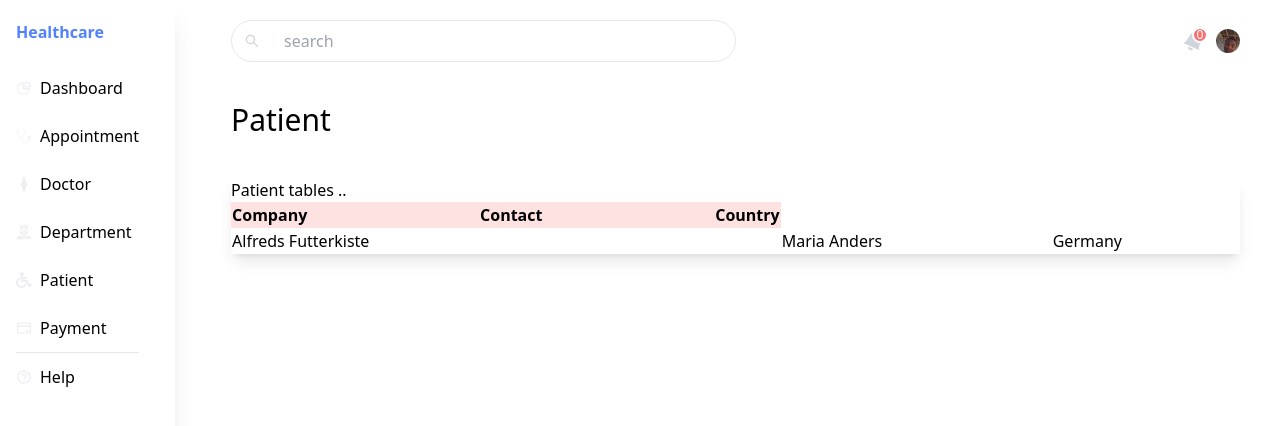
Repository: hisreal123/healthcare-dashboard
Page: /patient
The author's editor kept a copy of each file at every save. The page is drawn from the files as they stood at one save, then again after the next save.
The browser window is 1280 px wide. The pictures show the whole page.
The project was rebuilt for these pictures with package versions that can differ from the ones it lists, and the page was loaded fresh each time. Also part of the build but not shown: vite.config.ts, src/routes/Error.tsx, src/views/Dashboard.tsx, components/tables/AppointementTable.tsx, src/views/Appointment.tsx, src/views/Doctor.tsx, src/views/Department.tsx, src/views/Payment.tsx and 1 more.

Above is the page before, as saved 2023-05-05 19:03:00.

### src/main.tsx
import React from 'react'
import ReactDOM from 'react-dom/client'
import App from './App.tsx'
import './index.css'


ReactDOM.createRoot(document.getElementById('root') as HTMLElement).render(
  <React.StrictMode>
    <App />
  </React.StrictMode>,
)

### src/App.tsx
import React from "react"
import {
  createBrowserRouter,
  RouterProvider,
} from "react-router-dom";
import Navigation from "../components/Navigation";
import Error from "./routes/Error";
import Dashboard from "./views/Dashboard";
import Appointment from "./views/Appointment";
import Doctor from "./views/Doctor";
import Department from "./views/Department";
import Patient from "./views/Patient";
import Payment from "./views/Payment";
import Help from "./views/Help";
import { Provider } from "react-redux";
import store from '../redux/store';

const router = createBrowserRouter([
  {
    path: "/",
    element: <Navigation />,
    errorElement: <Error />,

    children: [
      {
        path: "/dashboard",
        element: <Dashboard />,
      },
      {
        path: "/appointment",
        element: <Appointment />,
      },
      {
        path: "/doctor",
        element: <Doctor />,
      },
      {
        path: "/department",
        element: <Department />,
      },
      {
        path: "/patient",
        element: <Patient />,
      },
      {
        path: "/payment",
        element: <Payment />,
      },
      {
        path: "/help",
        element: <Help />,
      },
    ]

  }
]);



function App() {
  return (
    <Provider store={store}>
      <RouterProvider router={router} />
    </Provider>
  )
}

export default App

### components/Navigation.tsx
import { Outlet } from "react-router-dom";
import { list } from "../src/data/Links";

export default function Navigation() {

    return (
        <>
            <section className="flex space-x-4">
                <div id="sidebar" className="  h-screen shadow-xl group">
                    <div className="px-4 ">

                        {/* logo */}
                        <div >
                            <h1 className="py-5 text-[#5282FB] font-bold">Healthcare</h1>
                        </div>

                        {/* nav */}
                        <nav className="relative pr-5 ">
                            <ul className="relative">
                                {list.map((list, index) => {
                                    return (
                                        <li key={index} className="flex space-x-2 items-center py-3 last:border-t ">
                                            <span className="text-gray-200/70 text-md ">{list.icon}</span>
                                            <a href={`./${list.link}`} className="focus:text-[#5282FB] ">{list.name}</a>
                                        </li>
                                    )
                                })}
                            </ul>
                        </nav>
                    </div>
                </div>
                <div id="detail" className="relative w-full"><Outlet /></div>
            </section>
        </>
    );
}

### src/views/Patient.tsx
import React from 'react'
import ProfileHeader from '../../components/holders/ProfileHeader'
import PatientTable from '../../components/tables/PatientsTable'


export default function Patient() {
    return (
        <>
            <section
                className=" px-10 pt-5 w-full relative">
                <ProfileHeader />

                <main className="div mt-10">
                    <h1 className='lg:text-3xl'> Patient</h1>
                    <PatientTable />
                </main>
            </section>
        </>
    )
}

### redux/store.js
import { configureStore } from "@reduxjs/toolkit";
import AppointmentReducer from "./slices/Appointment";
import patientsReducer from "./slices/Patient";



const store = configureStore({
    reducer : {
        appointments:  AppointmentReducer,
        patients:  patientsReducer,
    }
})


export default store

### src/data/Links.tsx
import { Home, BarChart2 } from 'react-feather';
import { GiStethoscope, GiPerson, GiNurseMale } from 'react-icons/gi'
import { FaWheelchair } from 'react-icons/fa'
import { AiOutlineCreditCard, AiOutlinePieChart } from 'react-icons/ai'
import { BiHelpCircle } from 'react-icons/bi'


type Class  = {
    id: number,
    icon: any,
    name:  string,
    link: string
}


export const list: Class[]= [
    {
        id: 1,
        icon: <AiOutlinePieChart />,
        name: 'Dashboard',
        link: './dashboard',
    },
    {
        id: 2,
        icon: <GiStethoscope />,
        name: 'Appointment',
        link: './Appointment',
    },
    {
        id: 3,
        icon: <GiPerson />,
        name: 'Doctor',
        link: './doctor',
    },
    {
        id: 4,
        icon: <GiNurseMale />,
        name: 'Department',
        link: './department',
    },
    {
        id: 5,
        icon: <FaWheelchair />,
        name: 'Patient',
        link: './patient',
    },
    {
        id: 6,
        icon: <AiOutlineCreditCard />,
        name: 'Payment',
        link: './payment',
    },
    {
        id: 7,
        icon: <BiHelpCircle />,
        name: 'Help',
        link: './help',
    },
]

### components/holders/ProfileHeader.tsx
import React from 'react'
import SearchBar from '../Misc/SearchBar'
import { BsFillBellFill } from 'react-icons/bs'



type ImageWrapperProp = {
    ImageWrapperStyle?: string
}
export const ImageWrapper = ({ ImageWrapperStyle }: ImageWrapperProp) => {
    return (
        <>
            <div className={` ${ImageWrapperStyle} cursor-pointer h-6 w-6 overflow-hidden rounded-full bg-black hover:h-6 hover:w-6`}>
                <img src='./profile.jpg' alt="" className='object-center ' />
            </div>
        </>
    )
}


export default function ProfileHeader() {

    const count = 0
    return (
        <>
            <section className='flex items-center justify-between relative w-full'>

                <SearchBar />

                <div className="right flex  items-center space-x-3">

                    <span className='relative group'>
                        <BsFillBellFill className=" cursor-pointer text-xl text-gray-300 rotate-[25deg] group-hover:text-gray-400" />
                        <span className=" cursor-pointer absolute -top-1 -right-1 text-xs text-white border-2 border-white  bg-red-400  group-hover:bg-red-600 rounded-full h-4 w-4  flex items-center  justify-center">
                            {count}
                        </span>
                    </span>


                    <ImageWrapper ImageWrapperStyle='' />
                </div>
            </section>
        </>
    )
}

### components/tables/PatientsTable.tsx
import React, { Fragment } from 'react'
import { useSelector } from 'react-redux'
import { selectAllPatient } from '../../redux/slices/Patient'
import { ImageWrapper } from '../holders/ProfileHeader'


type PatientTableProps = {
    patientStyle?: string
}


export default function PatientTable({ patientStyle }: PatientTableProps) {

    const patients: any = useSelector(selectAllPatient);
    console.log(patients)


    const PatientList = patients.map((patient: any, index: number) => {
        return (
            <>
                <tr key={index}>
                    <td className='flex item-center space-x-2'>
                        <ImageWrapper />
                        <span>
                            {patient.name}
                        </span>
                    </td>
                    <td>{patient.email}</td>
                    <td>{patient.age}</td>
                    <td>{patient.gender}</td>
                </tr>
            </>
        )
    })



    const PTable = () => {
        return (
            <>
                <table className="relative w-full ">
                    <tr className='w-full bg-red-100 flex relative justify-between'>
                        <th>Company</th>
                        <th>Contact</th>
                        <th>Country</th>
                    </tr>
                    <tr>
                        <td>Alfreds Futterkiste</td>
                        <td>Maria Anders</td>
                        <td>Germany</td>
                    </tr>

                </table>
            </>
        )
    }


    return (
        <>
            <section className={`${patientStyle} mt-10 bg-white shadow-lg relative`}>
                <h1> Patient tables ..</h1>
                <PTable />
            </section>
        </>
    )
}

### redux/slices/Appointment.js
import { createSlice } from "@reduxjs/toolkit";
import { sub } from "date-fns";

// const GENDER =  'M' || 'F',

// const userType = {
//     id: String,
//     name: String,
//     gender: String,
//     age: Number,
//     email:String
// }


const initialState = [

]



const appointmentsSlice = createSlice({
    name: 'appointments',
    initialState,
    reducers : {
        createAppointment (state, action ){
            state.push(action.payload)
        }
    }
})


export const createAppointment = appointmentsSlice.actions
export default appointmentsSlice.reducer

### redux/slices/Patient.js
import { createSlice } from "@reduxjs/toolkit";

const initialState = [
    {
        id:'1',
        image: '../profile.jpg',
        name: 'Lexis Alexandra',
        gender: 'M',
        age: 34,
        email: 'alex@gmail.com'
    },
    {
        id:'2',
        image: '../profile.jpg',
        name: 'Ronald Richard',
        gender: 'F',
        age: 40,
        email: 'Ronald@outlook.com'
    },
];

const patientsSlice = createSlice({
    name: 'patients',
    initialState,
    reducers: {
        addPatient(state, action) {
            state.push(action.payload);
        },
    },
});

export const selectAllPatient = (state) => state.patients;
export const { addPatient } = patientsSlice.actions;
export default patientsSlice.reducer;

### components/Misc/SearchBar.tsx
import React from 'react'
import { AiOutlineSearch } from 'react-icons/ai'

type SearchProps = {
    SearchStyle?: string
}

export default function SearchBar({ SearchStyle }: SearchProps) {
    const [name, setName] = React.useState('');



    const handleSearchClicked = (e: any) => {
        setName(e.target.value)
        console.log(name)
    }

    const handleFormSearch = (e: any) => {
        e.preventDefault()
        console.log(name)

        setName('')
    }
    return (
        <>
            <div className="search flex rounded-3xl overflow-hidden border items-center  w-1/2 ">
                <form className='flex items-center' onSubmit={handleFormSearch}>
                    <span className='px-3 relative'>
                        <AiOutlineSearch className="text-gray-300" onClick={handleSearchClicked} />
                    </span>
                    <input
                        type="text"
                        placeholder='search'
                        className={`${SearchStyle}  outline-none w-full py-2 pl-3 `}
                        aria-expanded
                        value={name}
                        onChange={handleSearchClicked}
                    />
                </form>
            </div>
        </>
    )
}

### tailwind.config.js
/** @type {import('tailwindcss').Config} */
export default {
   content: [
    "./index.html",
    "./src/**/*.{js,ts,jsx,tsx}",
    "./components/**/*.{js,ts,jsx,tsx}",
  ],
  theme: {
    extend: {},
  },
  plugins: [],
}

Loaded but not shown: index.html (common file); src/index.css (common file)

After the next save:
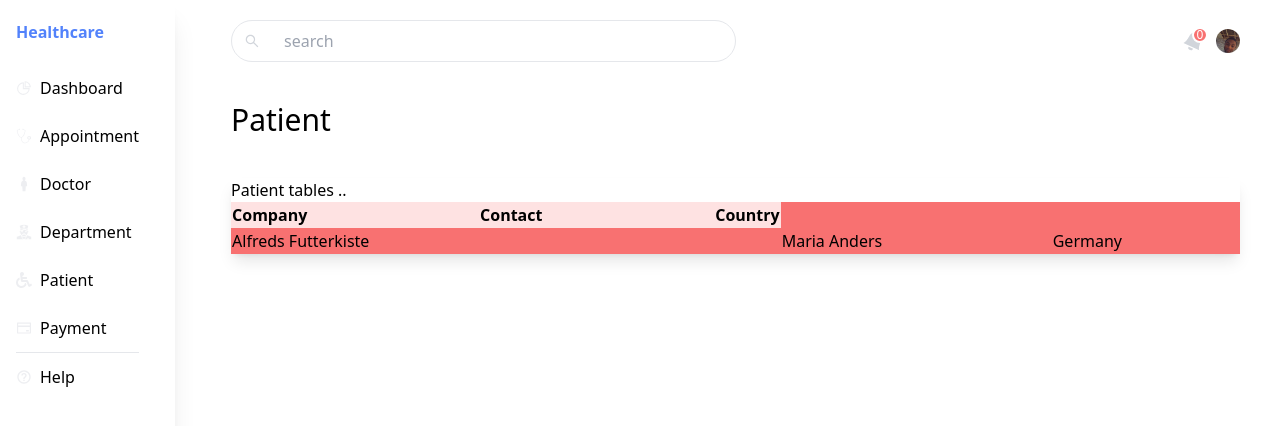
Saved 12 s later.
--- a/components/tables/PatientsTable.tsx
+++ b/components/tables/PatientsTable.tsx
@@ -38,7 +38,7 @@ export default function PatientTable({ patientStyle }: PatientTableProps) {
     const PTable = () => {
         return (
             <>
-                <table className="relative w-full ">
+                <table className="relative w-full bg-red-400">
                     <tr className='w-full bg-red-100 flex relative justify-between'>
                         <th>Company</th>
                         <th>Contact</th>
